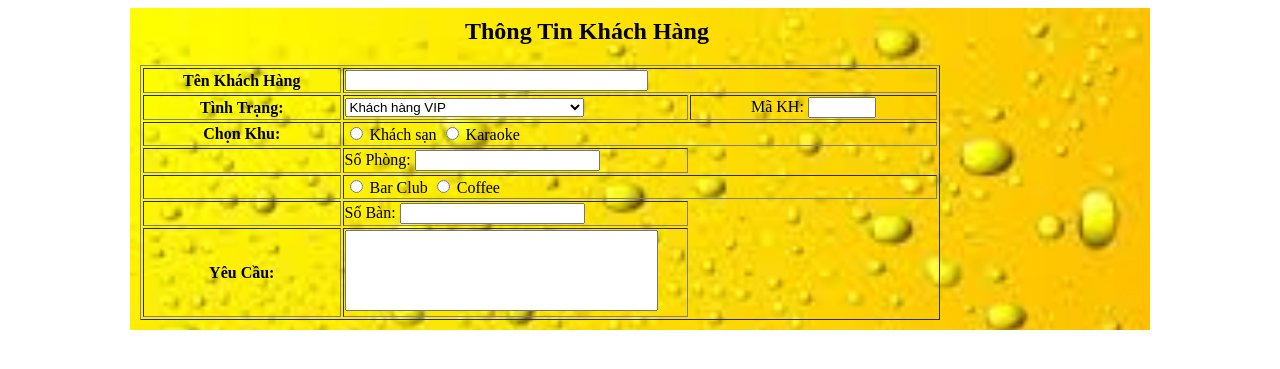
Repository: Tan-Khang21/TH_TKW--Buoi_04
Page: Bai_Tap_Tren_Lop/Bai_02/Frame6.html
These files come from the project's save history. The page is drawn as it stood at one moment and after the next save; the edit follows.
The browser window is 1280 px wide. The pictures show the whole page.

Above is the page before, as saved 2024-03-06 14:22:41.

### Bai_Tap_Tren_Lop/Bai_02/Frame6.html
<!DOCTYPE html>
<html lang="en">
  <head>
    <meta charset="UTF-8" />
    <meta name="viewport" content="width=device-width, initial-scale=1.0" />
    <title>Document</title>
  </head>
  <body>
    <div
      style="
        background-image: url(../Bai_02/images/hinh.jpg);
        width: 1000px;
        margin: 0 auto;
        background-repeat: no-repeat;
        background-size: 100%;
        padding: 10px;
      "
    >
      <h2 style="width: 35%; margin: 0 auto">Thông Tin Khách Hàng</h2>
    <table border="1px" style="Width: 800px; margin-top: 20px;">
        <tr>
            <th style="width: 25%;">Tên Khách Hàng</th>
            <td  colspan="2"><input type="text" style="width: 50%;"></td>
        </tr>
        <tr>
            <th style="width: 25%;">Tình Trạng:</th>
            <td  >
                <select style="width: 70%;">
                    <option value="">Khách hàng VIP</option>
                    <option value="">Khách hàng thành viên</option>
                    <option value="">Khách hàng mới</option>
                </select>
            </td>
            <td align="center"><span>Mã KH: </span><input style="width: 25%;" type="text"></td>
        </tr>
        <tr>
            <th style="width: 25%;">Chọn Khu:</th>
            <td colspan="2" ><input type="radio" name="radio"> Khách sạn
            <input type="radio" name="radio"> Karaoke</td>
        </tr>
        <tr>
            <td></td>
            <td><span>Số Phòng: </span>
            <input type="number"></td>
        </tr>
        <tr>
            <td></td>
            <td colspan="2" ><input type="radio" name="radio2"> Bar Club
            <input type="radio" name="radio2"> Coffee</td>
        </tr>
        <tr>
            <td></td>
            <td><span>Số Bàn: </span>
            <input type="number"></td>
        </tr>
      <tr>
        <th>Yêu Cầu: </th>
        <td><textarea style="resize: none; width: 90%;" cols="40" rows="5"></textarea></td>
      </tr>
    </table>
    </div>
  </body>
</html>

After the next save:
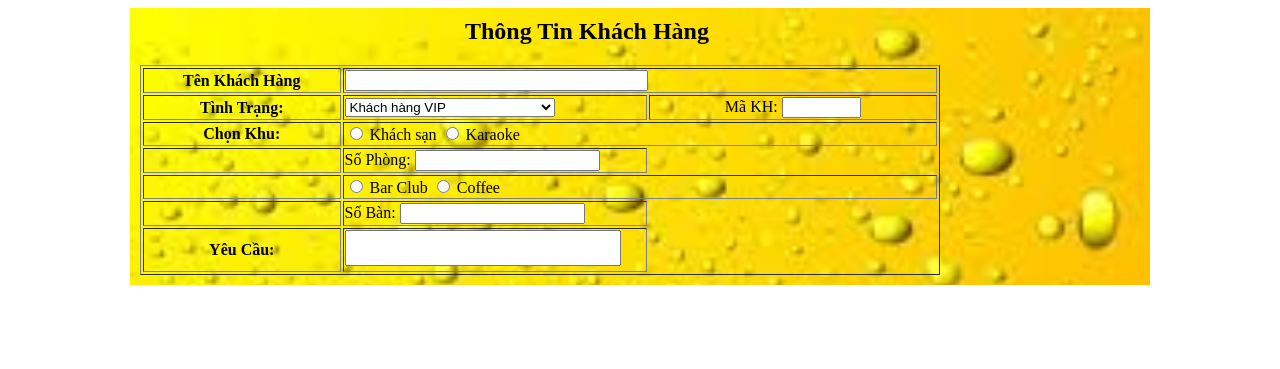
Saved 26 s later.
--- a/Bai_Tap_Tren_Lop/Bai_02/Frame6.html
+++ b/Bai_Tap_Tren_Lop/Bai_02/Frame6.html
@@ -55,7 +55,7 @@
         </tr>
       <tr>
         <th>Yêu Cầu: </th>
-        <td><textarea style="resize: none; width: 90%;" cols="40" rows="5"></textarea></td>
+        <td><textarea style="resize: none; width: 90%;" ></textarea></td>
       </tr>
     </table>
     </div>
